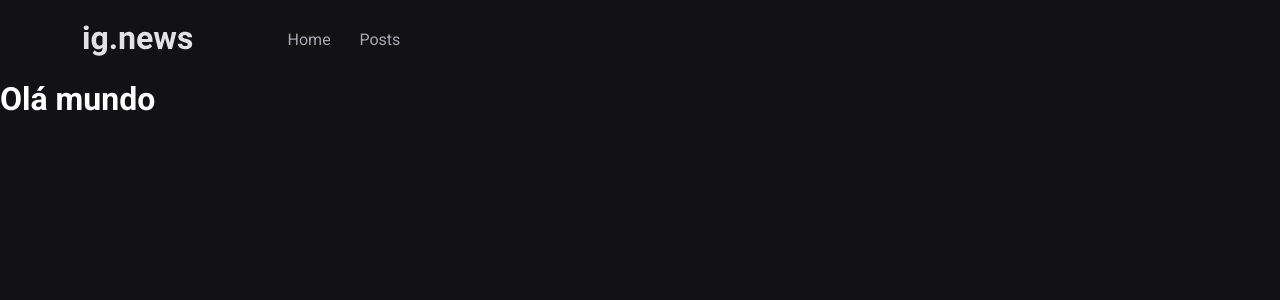
Repository: soualexandre/ignews
Page: /
An editor plug-in stored every save of this project. The page is shown before and after the next save, followed by the edit.
The browser window is 1280 px wide. The pictures show the whole page.
The project was rebuilt for these pictures with package versions that can differ from the ones it lists, and the page was loaded fresh each time. The framework's server and built-in components were replaced by stand-ins that run in the browser.

Above is the page before, as saved 2021-07-21 09:04:29.

After the next save:
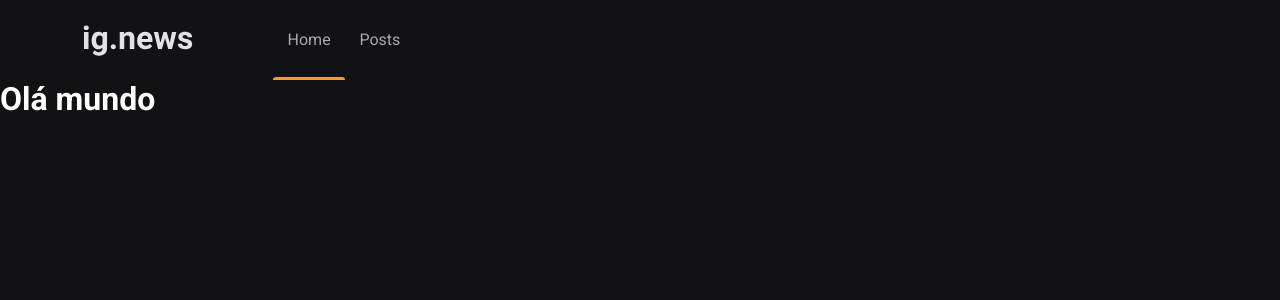
Saved 12 s later.
--- a/src/components/Header/styles.module.scss
+++ b/src/components/Header/styles.module.scss
@@ -33,7 +33,7 @@
                 position: absolute;
                 bottom: 0;
                 left: 0;
-                background: var(--yellow)
+                background: var(--yellow-500)
             }
         }
 
